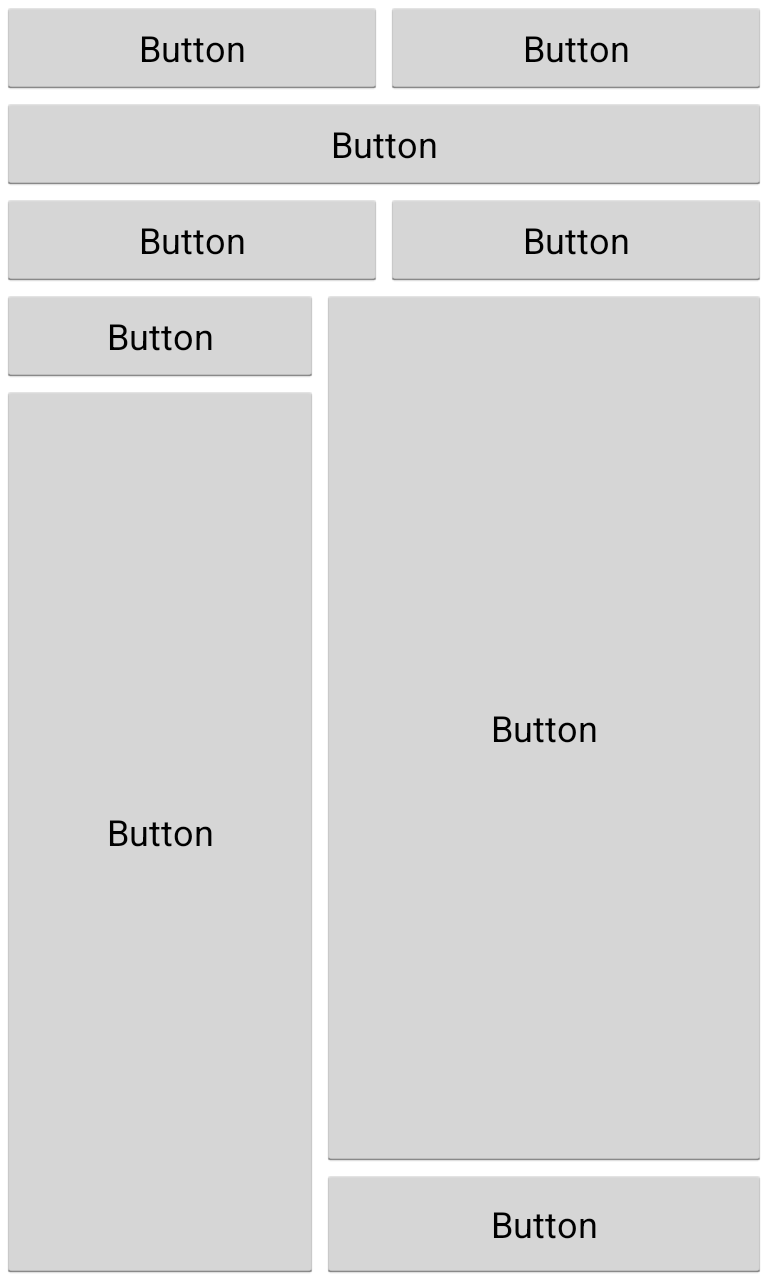
Repository: JaviInf/AndroidEjercicios
Layout: EjercicioLinearLayout/res/layout/activity_linear.xml
These files come from the project's save history. The layout is drawn as it stood at one moment and after the next save; the edit follows.
It is drawn on a 768 x 1280 px phone screen (xhdpi) without system bars, with theme AppTheme; the app's code is not run.

Above is the layout before, as saved 2014-05-07 06:54:36.

After the next save:
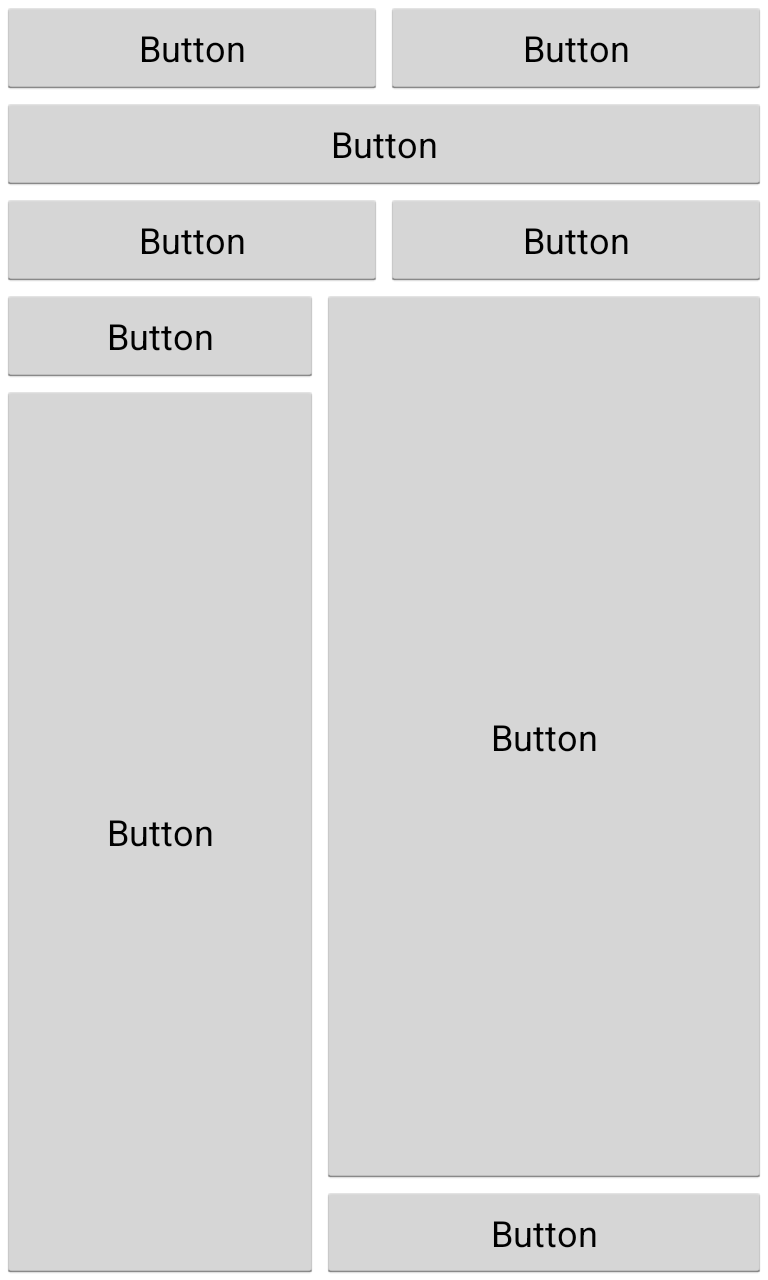
Saved 2 min 19 s later.
--- a/EjercicioLinearLayout/res/layout/activity_linear.xml
+++ b/EjercicioLinearLayout/res/layout/activity_linear.xml
@@ -87,8 +87,8 @@
                 <Button
                     android:id="@+id/button7"
                     android:layout_width="match_parent"
-                    android:layout_height="wrap_content"
-                    android:layout_weight="50"
+                    android:layout_height="match_parent"
+                    android:layout_weight="100"
                     android:text="Button" />
 
                 <Button
